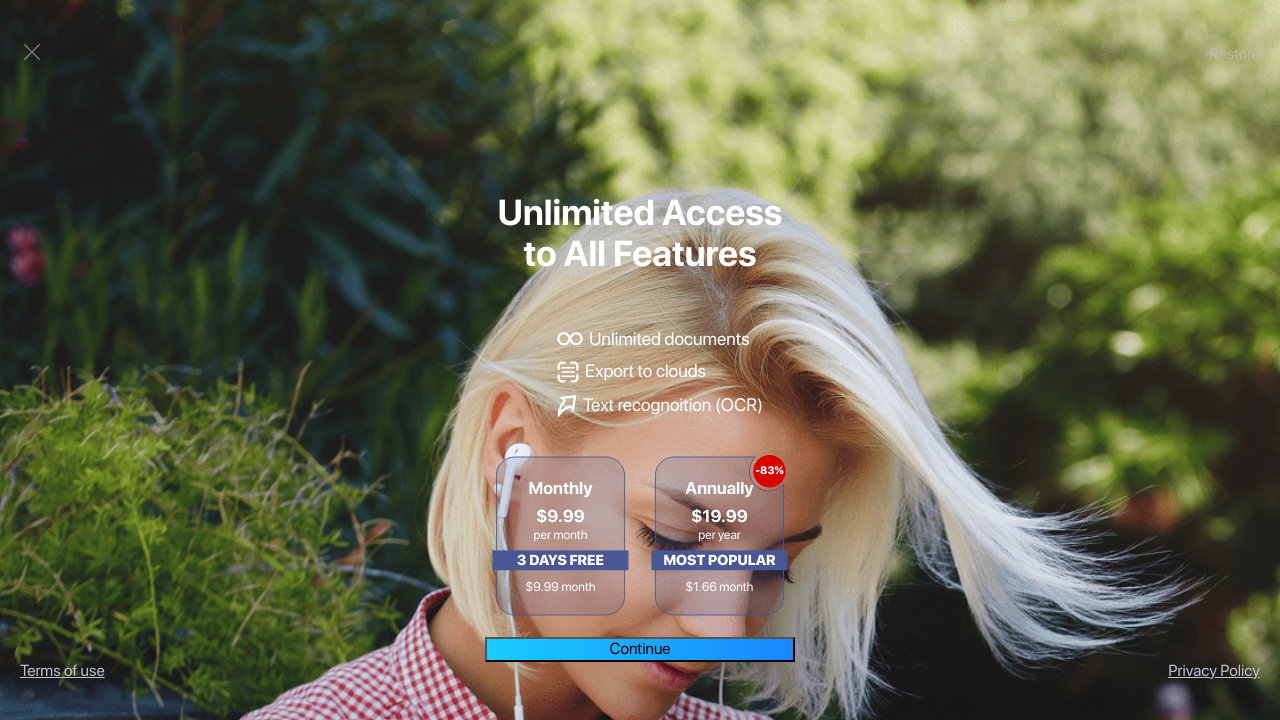
Repository: Ivan0195/bp-banner
Page: /
The author's editor kept a copy of each file at every save. The page is drawn from the files as they stood at one save, then again after a run of saves.
The browser window is 1280 px wide. The pictures show the whole page.
The project was rebuilt for these pictures with package versions that can differ from the ones it lists, and the page was loaded fresh each time. Also part of the build but not shown: webpack.config.js.

Above is the page before, as saved 2023-03-17 10:44:01.

### src/index.html
<!DOCTYPE html>
<html lang="en">

<head>
  <meta charset="UTF-8">
  <meta http-equiv="X-UA-Compatible" content="IE=edge">
  <meta name="viewport" content="width=device-width, initial-scale=1.0">
  <link rel="icon" href="img/favicon.png" type="image/png">
  <title>BP-mobile</title>
</head>

<body>


  <header>
    <a href="#"><img src="/src/img/close.svg" alt="close"></a>
    <a href="#" class="restore">Restore</a>
  </header>


  <main>

    <h1 class="titleText">Unlimited Access to All Features</h1>

    <ul>
      <li>
        <img src="/src/img/unlimitedDocs.svg"/>
        Unlimited documents
      </li>
      <li><img src="/src/img/noAds.svg" />Export to clouds</li>
      <li><img src="/src/img/export.svg" />Text recognoition (OCR)</li>
    </ul>

    <div class="subscriptionsBlock">

      <div id="month" class="subscriptionMonthlyBlock">
        <span class="title">Monthly</span>
        <div class="subscriptionPriceBlock">
          <span class="bigPrice">$9.99</span>
          <span class="smallText">per month</span>
        </div>
        <span class="promotionLine">3 days free</span>
        <span class="smallText">$9.99 month</span>
      </div>

      <div id="year" class="subscriptionAnnualyBlock">
        <div class="discountTag">-83%</div>
        <span class="title">Annually</span>
        <div class="subscriptionPriceBlock">
          <span class="bigPrice">$19.99</span>
          <span class="smallText">per year</span>
        </div>
        <span class="promotionLine">most popular</span>
        <span class="smallText">$1.66 month</span>
      </div>

    </div>

      <button class="continueButton">Continue</button>
  </main>


  <footer>
    <a href='#'>Terms of use</a>
    <a href='#'>Privacy Policy</a>
  </footer>


</body>
</html>

### src/index.js
import './index.html';
import './index.scss';

const month = document.getElementById('month');
const year = document.getElementById('year');
let linkAdress;

const onElementSelect = (element, target, link) => {
    element.style.scale = 0.9;
    element.style.opacity = 0.5;
    target.style.scale = 1;
    target.style.opacity = 1;
    linkAdress = link
}

month.onclick = () => onElementSelect(year, month, 'https://apple.com/');
year.onclick = () => onElementSelect(month, year, 'https://google.com/ ');

### src/style/_fonts.scss
@font-face {
  font-family: 'SFPro';
  src: url('../fonts/SFProDisplay-Regular.woff2') format('woff2'),
    url('../fonts/SFProDisplay-Regular.woff') format('woff');
}

@font-face {
  font-family: 'SFPro-Bold';
    src: url('../fonts/SFProDisplay-Bold.woff2') format('woff2'),
      url('../fonts/SFProDisplay-Bold.woff') format('woff');
  }

  @font-face {
    font-family: 'SFPro-Heavy';
    src: url('../fonts/SFProDisplay-Heavy.woff2') format('woff2'),
      url('../fonts/SFProDisplay-Heavy.woff') format('woff');
  }

### src/style/_var.scss
$textPrimary: #FFFFFF;
$textSecondary: #BDC0D0;
@mixin FlexCenter {
    display: flex;
    align-items: center;
    justify-content: center;
}

### src/style/_style.scss
body {
  font-family: 'SFPro';
  color: $textPrimary;
  background-image: url("/src/img/background-image.png");
  background-size: cover;
  padding: 40px 20px;
  display: flex;
  flex-direction: column;
  align-items: center;
  justify-content: space-between;
  box-sizing: border-box;
  height: 100vh;
}

header {
  @include FlexCenter;
  justify-content: space-between;
  width: 100%;
}

main {
  @include FlexCenter;
  flex-direction: column;
  justify-content: flex-end;
  height: 100%;
  row-gap: 12px;
}

ul {
  list-style-type: none;
  font-size: 18px;
  display: flex;
  flex-direction: column;
  row-gap: 12px;
}

li {
  display: flex;
  column-gap: 6px;
}

footer {
  width: 100%;
  @include FlexCenter;
  justify-content: space-between;
  color: $textSecondary;
  text-decoration: underline;
}

a {
  text-decoration: none;
  color: $textSecondary;
}

a:visited {
  text-decoration: none;
  color: $textSecondary;
}

.restore {
opacity: 0.6;
}

.titleText {
  width: 286px;
  text-align: center;
  font-family: 'SFPro-Bold';
  font-size: 36px;
}

.subscriptionsBlock {
  @include FlexCenter;
  column-gap: 8px;
}

.subscriptionMonthlyBlock {
  @include FlexCenter;
  flex-direction: column;
  row-gap: 10px;
  background-image: url('/src/img/shape-1.svg');
  height: 178px;
  width: 151px;
  background-size: contain;
  background-repeat: no-repeat;
  background-position: top;
  scale: 0.9;
  transition: all .5s
}

.subscriptionAnnualyBlock {
  position: relative;
  @extend .subscriptionMonthlyBlock;
  background-image: url('/src/img/shape-2.svg');
}

.subscriptionPriceBlock {
  @include FlexCenter;
  flex-direction: column;
}

.title {
  font-family: 'SFPro-bold';
    font-size: 19px;
}

.bigPrice {
  font-family: 'SFPro-bold';
  font-size: 19px;
}

.promotionLine {
  @include FlexCenter;
  background-color: #495795;
  width: 100%;
  text-align: center;
  font-family: 'SFPro-Heavy';
  text-transform: uppercase;
  height: 22px;
}

.smallText {
  font-size: 14px
}

.discountTag {
  @include FlexCenter;
  height: 36px;
  width: 36px;
  border-radius: 50%;
  background-color: #DB0000;
  position: absolute;
  font-family: 'SFPro-Heavy';
  font-size: 12px;
  top: -1px;
  right: 2px;
}

.continueButton {
  width: 100%;
  background: linear-gradient(270deg, #1987FF 0%, #19CCFF 100%);
}

Loaded but not shown: src/index.scss (common file)

After the next 2 saves:
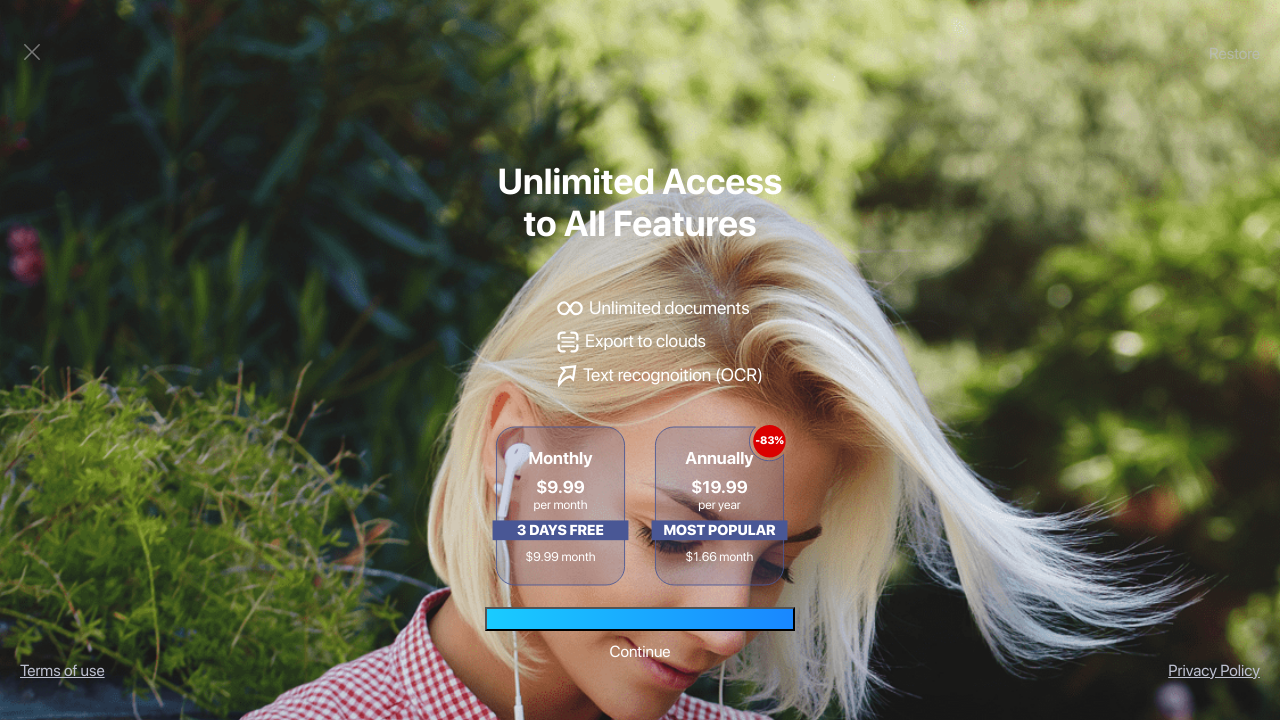
The 2 saves are shown as one change because they came seconds apart.
The last was saved 25 s later.
--- a/src/index.html
+++ b/src/index.html
@@ -56,7 +56,7 @@
 
     </div>
 
-      <button class="continueButton">Continue</button>
+      <input type="button" class="continueButton">Continue</input>
   </main>
 
 

After the 2 saves that followed:
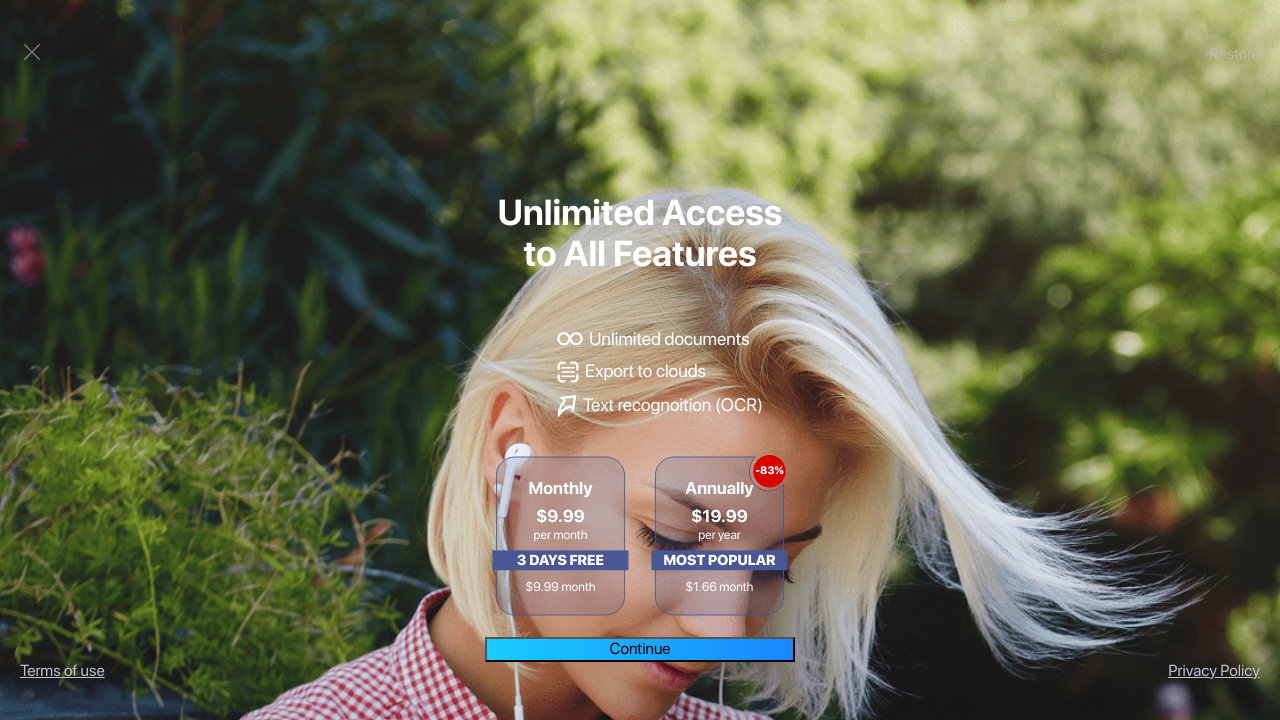
The 2 saves are shown as one change because they came seconds apart.
The last was saved 10 s later.
--- a/src/index.html
+++ b/src/index.html
@@ -56,7 +56,7 @@
 
     </div>
 
-      <input type="button" class="continueButton">Continue</input>
+      <button class="continueButton">Continue</button>
   </main>
 
 
